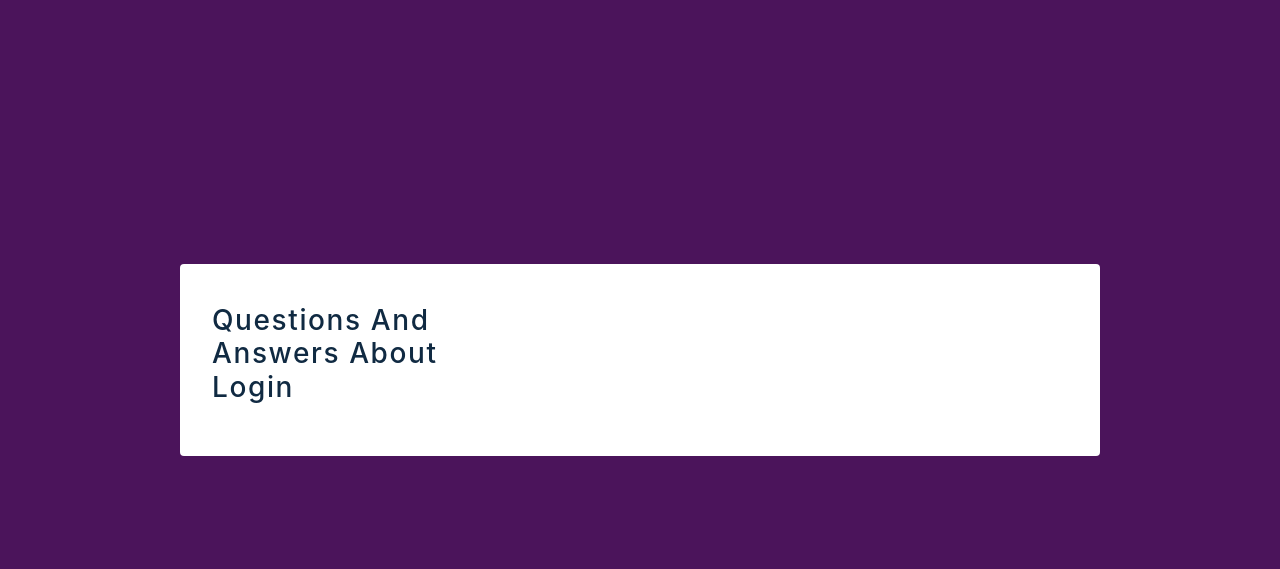
Repository: bodescuanamariia/accordion
Page: /
An editor plug-in stored every save of this project. The page is shown before and after the next save, followed by the edit.
The browser window is 1280 px wide. The pictures show the whole page.
The project was rebuilt for these pictures with package versions that can differ from the ones it lists, and the page was loaded fresh each time.

Above is the page before, as saved 2022-04-20 13:14:23.

After the next save:
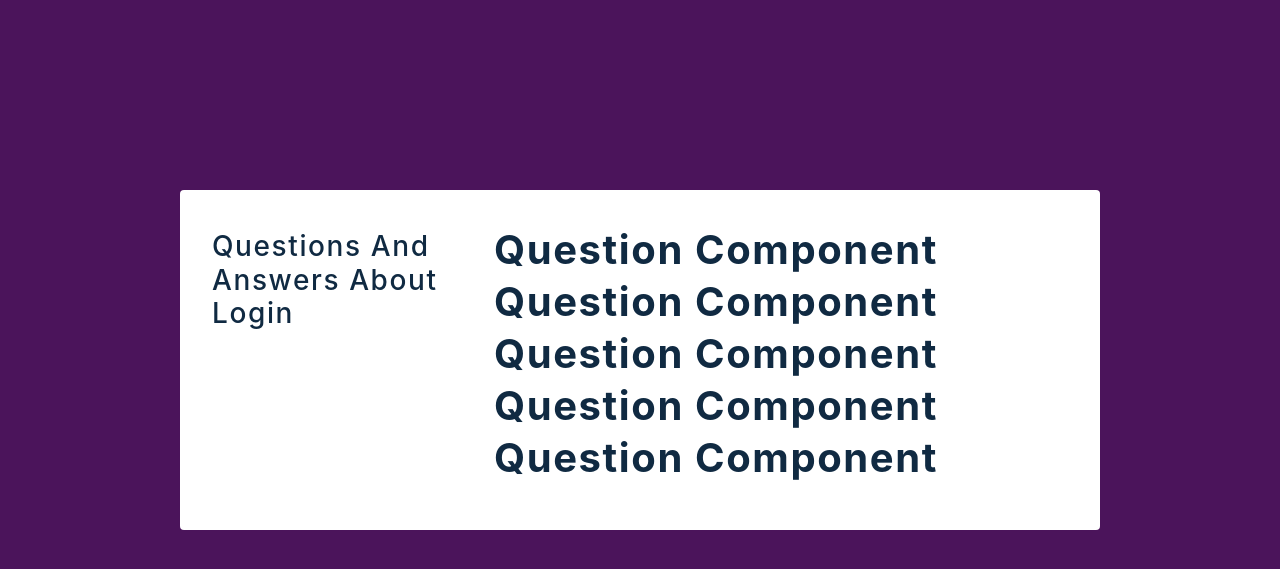
Saved 40 s later.
--- a/src/App.js
+++ b/src/App.js
@@ -12,7 +12,7 @@ function App() {
           <h3>questions and answers about login</h3>
           <section className="info">
             {questions.map((question) => {
-              <SingleQuestion key={question.id} {...question} />;
+              return <SingleQuestion key={question.id} {...question} />;
             })}
           </section>
         </div>
